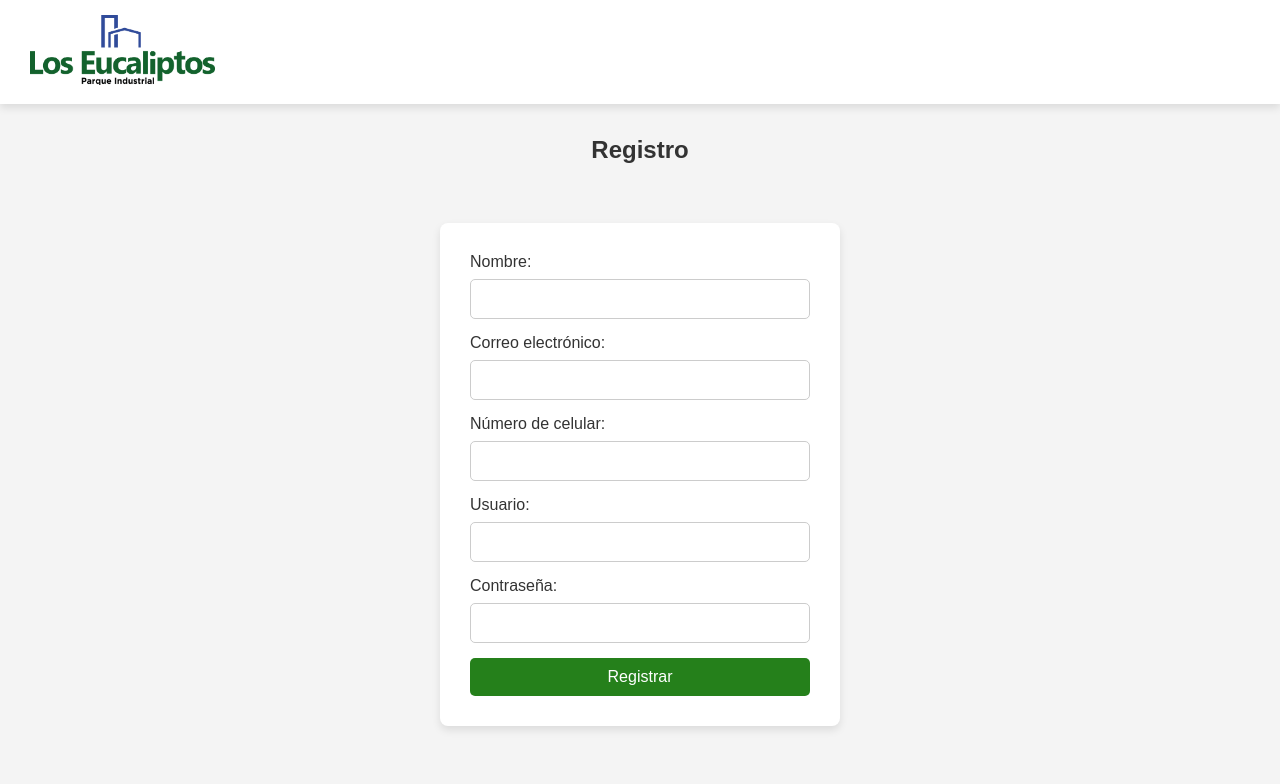
Repository: Los-Eucaliptos-WebApp/Los-Eucaliptos-FrontEnd
Page: pages/los-eucaliptos-register/index.html
These files come from the project's save history. The page is drawn as it stood at one moment and after the next save; the edit follows.
The browser window is 1280 px wide. The pictures show the whole page.

Above is the page before, as saved 2025-02-17 06:05:26.

### pages/los-eucaliptos-register/index.html
<!DOCTYPE html>
<html lang="es">
<head>
    <meta charset="UTF-8">
    <meta name="viewport" content="width=device-width, initial-scale=1.0">
    <title>Los Eucaliptos</title>
    <link rel="icon" href="/assets/ícono-los-eucaliptos.png" type="image/png">
    <link rel="stylesheet" href="styles.css">
    <script src="script.js" defer></script> <!-- Se recomienda 'defer' para evitar bloqueos -->

</head>
<body>
    <header>
        <div class="logo">
            <img src="/assets/logo-los-eucaliptos.png" alt="Los Eucaliptos Logo">
        </div>
    </header>
    <br><br<br><br>
    <center><h2>Registro</h2></center>
  <div class="container-register">
    <div class="register-box">

    </div>
    <form id="registroForm">
        <label for="nombre">Nombre:</label>
        <input type="text" id="nombre" required>

        <label for="correo">Correo electrónico:</label>
        <input type="email" id="correo" required>

        <label for="celular">Número de celular:</label>
        <input type="text" id="celular" required>

        <label for="username">Usuario:</label>
        <input type="text" id="username" required>

        <label for="password">Contraseña:</label>
        <input type="password" id="password" required>

        <button type="submit">Registrar</button>
    </form>
</div>

</body>
</html>

### pages/los-eucaliptos-register/styles.css
* {
    margin: 0;
    padding: 0;
    box-sizing: border-box;
}

body {
    font-family: Arial, sans-serif;
    background-color: #f4f4f4;
    color: #333;
    margin-top: 100px;
}

header {
    display: flex;
    justify-content: space-between;
    justify-content: space-between;
    align-items: center;
    background: #ffffff;
    color: rgb(0, 0, 0);
    padding: 15px 30px;
    position: fixed;
    width: 100%;
    top: 0;
    z-index: 10;
    box-shadow: 0 4px 8px rgba(0, 0, 0, 0.1);
}

/* LOGO */
.logo img {
    height: 70px;
    margin-right: 10px;
}

.container-register {
    display: flex;
    justify-content: center;
    align-items: center;
    height: calc(100vh - 100px);
    padding: 20px;
}

form {
    background-color: #ffffff;
    padding: 30px;
    border-radius: 8px;
    box-shadow: 0 4px 8px rgba(0, 0, 0, 0.1);
    width: 100%;
    max-width: 400px;
}

form label {
    display: block;
    font-size: 16px;
    margin-bottom: 8px;
    color: #333;
}

form input {
    width: 100%;
    padding: 10px;
    margin-bottom: 15px;
    border-radius: 5px;
    border: 1px solid #ccc;
    font-size: 16px;
}

form button {
    width: 100%;
    padding: 10px;
    background-color: #25801b;
    color: white;
    border: none;
    border-radius: 5px;
    font-size: 16px;
    cursor: pointer;
    transition: background-color 0.3s;
}

form button:hover {
    background-color: #2980b9;
}

### pages/los-eucaliptos-register/script.js
document.getElementById("registroForm").addEventListener("submit", function(event) {
    event.preventDefault();

    const nombre = document.getElementById("nombre").value;
    const correo = document.getElementById("correo").value;
    const celular = document.getElementById("celular").value;
    const username = document.getElementById("username").value;
    const password = document.getElementById("password").value;

    let usuarios = JSON.parse(localStorage.getItem("usuarios")) || [];

    if (usuarios.some(user => user.username === username)) {
        alert("El usuario ya existe.");
        return;
    }

    usuarios.push({
        nombre: nombre,
        correo: correo,
        celular: celular,
        username: username,
        password: password
    });

    localStorage.setItem("usuarios", JSON.stringify(usuarios));

    alert("¡Usuario registrado exitosamente!");
    document.getElementById("registroForm").reset();
});

After the next save:
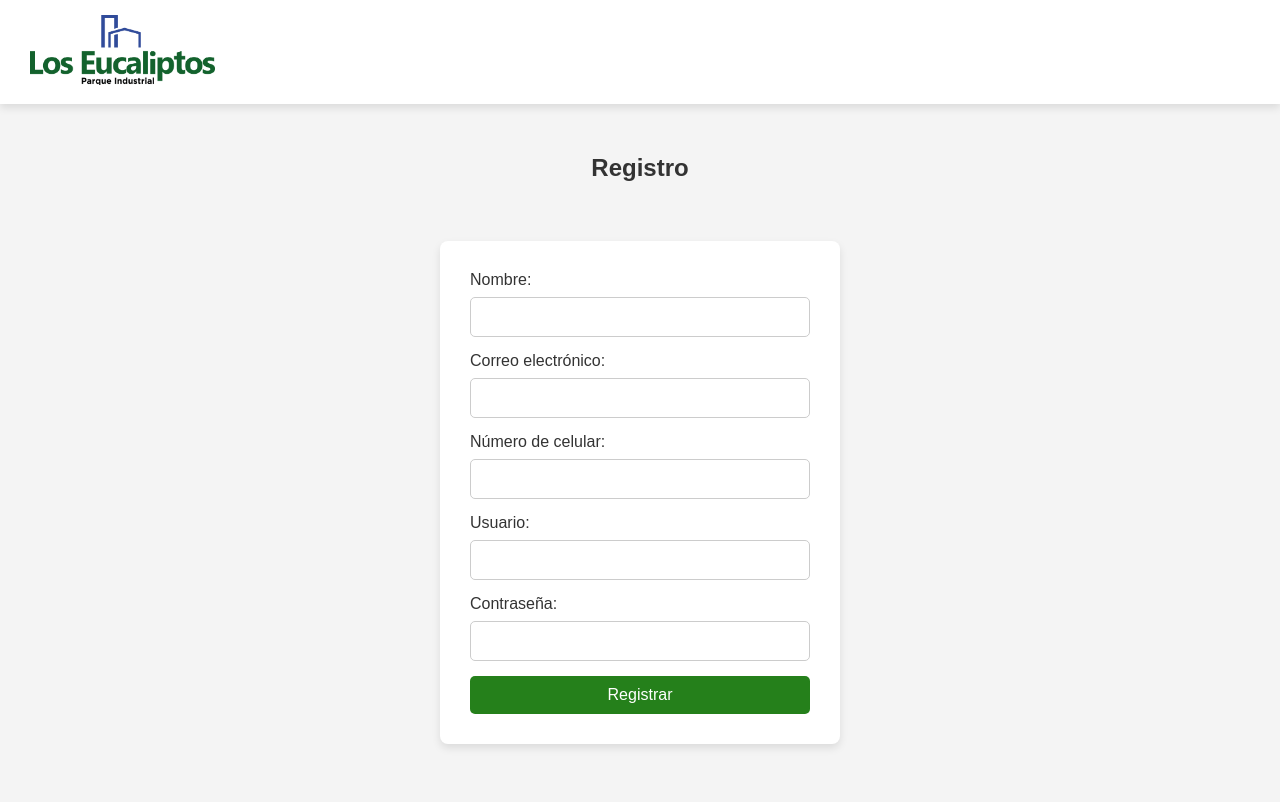
Saved 10 s later.
--- a/pages/los-eucaliptos-register/index.html
+++ b/pages/los-eucaliptos-register/index.html
@@ -15,7 +15,7 @@
             <img src="/assets/logo-los-eucaliptos.png" alt="Los Eucaliptos Logo">
         </div>
     </header>
-    <br><br<br><br>
+    <br><br><br>
     <center><h2>Registro</h2></center>
   <div class="container-register">
     <div class="register-box">
